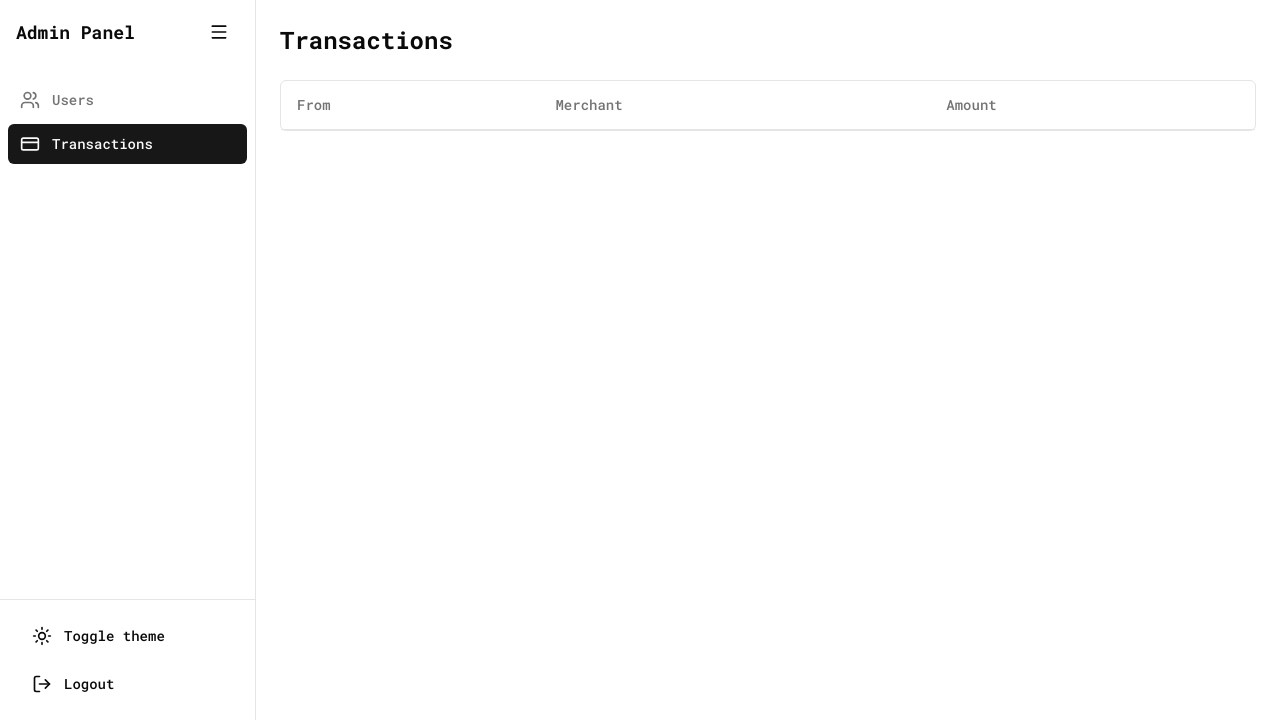
Repository: sahibjotsingh05/unicrypt
Page: /dashboard/transactions (app in web-server/admin_server/)
An editor plug-in stored every save of this project. The page is shown before and after the next save, followed by the edit.
The browser window is 1280 px wide. The pictures show the whole page.
The page's requests for data from a server got no answer. The project was rebuilt for these pictures with package versions that can differ from the ones it lists, and the page was loaded fresh each time. The framework's server and built-in components were replaced by stand-ins that run in the browser. No one was signed in, and anything a server would have sent is missing. Also part of the build but not shown: web-server/admin_server/next.config.js.

Above is the page before, as saved 2025-02-17 01:56:49.

### web-server/admin_server/app/layout.tsx
"use client";

import "./globals.css";
import { Roboto_Mono } from "next/font/google";
import { ThemeProvider } from "next-themes";
import { Toaster } from "react-hot-toast";

const robotoMono = Roboto_Mono({
	subsets: ["latin"],
	display: "swap",
});

export default function RootLayout({
	children,
}: {
	children: React.ReactNode;
}) {
	return (
		<html lang="en" suppressHydrationWarning>
			<body className={robotoMono.className}>
				<ThemeProvider attribute="class" defaultTheme="system" enableSystem>
					{children}
					<Toaster />
				</ThemeProvider>
			</body>
		</html>
	);
}

### web-server/admin_server/app/dashboard/layout.tsx
"use client";

import { useState } from "react";
import Link from "next/link";
import { usePathname } from "next/navigation";
import { Button } from "@/components/ui/button";
import { ScrollArea } from "@/components/ui/scroll-area";
import { Users, CreditCard, LogOut, Menu, Moon, Sun } from "lucide-react";
import { useTheme } from "next-themes";
import Cookies from "js-cookie";
import { useRouter } from "next/navigation";

export default function DashboardLayout({
	children,
}: {
	children: React.ReactNode;
}) {
	const [sidebarOpen, setSidebarOpen] = useState(true);
	const pathname = usePathname();
	const { theme, setTheme } = useTheme();
	const router = useRouter();

	const handleLogout = () => {
		Cookies.remove("isAuthenticated");
		window.location.href = "/login"; // Use window.location.href instead of router.push
	};

	const navigation = [
		{ name: "Users", href: "/dashboard/users", icon: Users },
		{ name: "Transactions", href: "/dashboard/transactions", icon: CreditCard },
	];

	return (
		<div className="flex h-screen">
			{/* Sidebar */}
			<div
				className={`${
					sidebarOpen ? "w-64" : "w-16"
				} bg-card border-r transition-all duration-300`}
			>
				<div className="h-full flex flex-col">
					{/* Header */}
					<div className="h-16 flex items-center justify-between px-4">
						<h1 className={`font-bold text-lg ${!sidebarOpen && "hidden"}`}>
							Admin Panel
						</h1>
						<Button
							variant="ghost"
							size="icon"
							onClick={() => setSidebarOpen(!sidebarOpen)}
						>
							<Menu className="h-5 w-5" />
						</Button>
					</div>

					{/* Navigation */}
					<ScrollArea className="flex-1">
						<nav className="space-y-1 px-2 py-4">
							{navigation.map((item) => {
								const isActive = pathname === item.href;
								return (
									<Link
										key={item.name}
										href={item.href}
										className={`flex items-center h-10 px-3 py-2 text-sm font-medium rounded-md transition-colors ${
											isActive
												? "bg-primary text-primary-foreground"
												: "text-muted-foreground hover:bg-accent hover:text-accent-foreground"
										}`}
									>
										<item.icon
											className={`h-5 w-5 ${sidebarOpen ? "mr-3" : "mx-auto"}`}
										/>
										<span className={!sidebarOpen ? "hidden" : "block"}>
											{item.name}
										</span>
									</Link>
								);
							})}
						</nav>
					</ScrollArea>

					{/* Footer buttons */}
					<div className="p-4 border-t space-y-2">
						<Button
							variant="ghost"
							onClick={() => setTheme(theme === "dark" ? "light" : "dark")}
							className="w-full h-10 justify-start"
						>
							<div
								className={`relative flex items-center justify-center w-5 h-5 ${
									sidebarOpen ? "mr-3" : "mx-auto"
								}`}
							>
								<Sun className="absolute h-5 w-5 rotate-0 scale-100 transition-all dark:-rotate-90 dark:scale-0" />
								<Moon className="absolute h-5 w-5 rotate-90 scale-0 transition-all dark:rotate-0 dark:scale-100" />
							</div>
							<span className={!sidebarOpen ? "hidden" : "block"}>
								Toggle theme
							</span>
						</Button>
						<Button
							variant="ghost"
							onClick={handleLogout}
							className={"w-full h-10 justify-start"}
						>
							<LogOut className={`h-5 w-5 ${sidebarOpen ? "mr-3" : ""}`} />
							<span className={!sidebarOpen ? "hidden" : "block"}>Logout</span>
						</Button>
					</div>
				</div>
			</div>

			{/* Main content */}
			<div className="flex-1 flex flex-col overflow-hidden">
				<main className="flex-1 overflow-y-auto p-6">{children}</main>
			</div>
		</div>
	);
}

### web-server/admin_server/app/dashboard/transactions/page.tsx
"use client";

import { useState, useEffect } from "react";
import {
	Table,
	TableBody,
	TableCell,
	TableHead,
	TableHeader,
	TableRow,
} from "@/components/ui/table";
import { toast } from "react-hot-toast";
import axios from "axios";

interface Transaction {
	from: string;
	merchant: string;
	amount: string;
}

export default function TransactionsPage() {
	const [transactions, setTransactions] = useState<Transaction[]>([]);
	const [loading, setLoading] = useState(true);

	const fetchTransactions = async () => {
		try {
			const timestamp = new Date().getTime();
			// Use the proxy API route instead of calling the endpoint directly
			const { data } = await axios.get(
				`/api/proxy/transactions?t=${timestamp}`,
				{
					headers: {
						"Cache-Control": "no-cache",
						Pragma: "no-cache",
						Expires: "0",
					},
				}
			);

			if (data.success) {
				setTransactions(data.transactions);
			}
			setLoading(false);
		} catch (error) {
			console.error("Failed to fetch transactions:", error);
			toast.error("Failed to fetch transactions");
			setLoading(false);
		}
	};

	useEffect(() => {
		fetchTransactions();
		// Set up an interval to refresh transactions every 10 seconds
		const interval = setInterval(fetchTransactions, 10000);
		return () => clearInterval(interval);
	}, []);

	if (loading) {
		return <div>Loading...</div>;
	}

	return (
		<div className="space-y-6">
			<h2 className="text-2xl font-bold">Transactions</h2>
			<div className="rounded-md border">
				<Table>
					<TableHeader>
						<TableRow>
							<TableHead>From</TableHead>
							<TableHead>Merchant</TableHead>
							<TableHead>Amount</TableHead>
						</TableRow>
					</TableHeader>
					<TableBody>
						{transactions.map((transaction, index) => (
							<TableRow key={index}>
								<TableCell>{transaction.from}</TableCell>
								<TableCell>{transaction.merchant}</TableCell>
								<TableCell>{transaction.amount}</TableCell>
							</TableRow>
						))}
					</TableBody>
				</Table>
			</div>
		</div>
	);
}

### web-server/admin_server/app/globals.css
@tailwind base;
@tailwind components;
@tailwind utilities;

:root {
	--foreground-rgb: 0, 0, 0;
	--background-start-rgb: 214, 219, 220;
	--background-end-rgb: 255, 255, 255;
}

@media (prefers-color-scheme: dark) {
	:root {
		--foreground-rgb: 255, 255, 255;
		--background-start-rgb: 0, 0, 0;
		--background-end-rgb: 0, 0, 0;
	}
}

@layer base {
	:root {
		--background: 0 0% 100%;
		--foreground: 0 0% 3.9%;
		--card: 0 0% 100%;
		--card-foreground: 0 0% 3.9%;
		--popover: 0 0% 100%;
		--popover-foreground: 0 0% 3.9%;
		--primary: 0 0% 9%;
		--primary-foreground: 0 0% 98%;
		--secondary: 0 0% 96.1%;
		--secondary-foreground: 0 0% 9%;
		--muted: 0 0% 96.1%;
		--muted-foreground: 0 0% 45.1%;
		--accent: 0 0% 96.1%;
		--accent-foreground: 0 0% 9%;
		--destructive: 0 84.2% 60.2%;
		--destructive-foreground: 0 0% 98%;
		--border: 0 0% 89.8%;
		--input: 0 0% 89.8%;
		--ring: 0 0% 3.9%;
		--chart-1: 12 76% 61%;
		--chart-2: 173 58% 39%;
		--chart-3: 197 37% 24%;
		--chart-4: 43 74% 66%;
		--chart-5: 27 87% 67%;
		--radius: 0.5rem;
	}
	.dark {
		--background: 0 0% 3.9%;
		--foreground: 0 0% 98%;
		--card: 0 0% 3.9%;
		--card-foreground: 0 0% 98%;
		--popover: 0 0% 3.9%;
		--popover-foreground: 0 0% 98%;
		--primary: 0 0% 98%;
		--primary-foreground: 0 0% 9%;
		--secondary: 0 0% 14.9%;
		--secondary-foreground: 0 0% 98%;
		--muted: 0 0% 14.9%;
		--muted-foreground: 0 0% 63.9%;
		--accent: 0 0% 14.9%;
		--accent-foreground: 0 0% 98%;
		--destructive: 0 62.8% 30.6%;
		--destructive-foreground: 0 0% 98%;
		--border: 0 0% 14.9%;
		--input: 0 0% 14.9%;
		--ring: 0 0% 83.1%;
		--chart-1: 220 70% 50%;
		--chart-2: 160 60% 45%;
		--chart-3: 30 80% 55%;
		--chart-4: 280 65% 60%;
		--chart-5: 340 75% 55%;
	}
}

@layer base {
	* {
		@apply border-border;
	}
	body {
		@apply bg-background text-foreground;
	}
}

@layer utilities {
	.animate-rainbow-border {
		--rainbow-border-width: 3px;
		position: relative;

		&::before {
			content: "";
			position: absolute;
			inset: calc(-1 * var(--rainbow-border-width));
			z-index: 0;
			background: linear-gradient(90deg, #22c55e 0%, #16a34a 50%, #22c55e 100%);
			animation: green-glow 2s ease-in-out infinite;
			background-size: 200% 200%;
			filter: blur(3px);
		}
	}

	@keyframes green-glow {
		0% {
			background-position: 0% 50%;
			opacity: 0.5;
		}
		50% {
			background-position: 100% 50%;
			opacity: 1;
		}
		100% {
			background-position: 0% 50%;
			opacity: 0.5;
		}
	}
}

@layer components {
	.glow-container {
		@apply relative rounded-lg border border-[#2A2A2A];
	}

	.glow-container::before {
		content: "";
		@apply absolute -inset-0.5 rounded-lg bg-gradient-to-r from-green-500/50 to-green-700/50 opacity-0 transition duration-500 blur-md;
	}

	.glow-container:hover::before {
		@apply opacity-100;
	}
}

### web-server/admin_server/components/ui/button.tsx
import * as React from 'react';
import { Slot } from '@radix-ui/react-slot';
import { cva, type VariantProps } from 'class-variance-authority';

import { cn } from '@/lib/utils';

const buttonVariants = cva(
  'inline-flex items-center justify-center whitespace-nowrap rounded-md text-sm font-medium ring-offset-background transition-colors focus-visible:outline-none focus-visible:ring-2 focus-visible:ring-ring focus-visible:ring-offset-2 disabled:pointer-events-none disabled:opacity-50',
  {
    variants: {
      variant: {
        default: 'bg-primary text-primary-foreground hover:bg-primary/90',
        destructive:
          'bg-destructive text-destructive-foreground hover:bg-destructive/90',
        outline:
          'border border-input bg-background hover:bg-accent hover:text-accent-foreground',
        secondary:
          'bg-secondary text-secondary-foreground hover:bg-secondary/80',
        ghost: 'hover:bg-accent hover:text-accent-foreground',
        link: 'text-primary underline-offset-4 hover:underline',
      },
      size: {
        default: 'h-10 px-4 py-2',
        sm: 'h-9 rounded-md px-3',
        lg: 'h-11 rounded-md px-8',
        icon: 'h-10 w-10',
      },
    },
    defaultVariants: {
      variant: 'default',
      size: 'default',
    },
  }
);

export interface ButtonProps
  extends React.ButtonHTMLAttributes<HTMLButtonElement>,
    VariantProps<typeof buttonVariants> {
  asChild?: boolean;
}

const Button = React.forwardRef<HTMLButtonElement, ButtonProps>(
  ({ className, variant, size, asChild = false, ...props }, ref) => {
    const Comp = asChild ? Slot : 'button';
    return (
      <Comp
        className={cn(buttonVariants({ variant, size, className }))}
        ref={ref}
        {...props}
      />
    );
  }
);
Button.displayName = 'Button';

export { Button, buttonVariants };

### web-server/admin_server/components/ui/scroll-area.tsx
'use client';

import * as React from 'react';
import * as ScrollAreaPrimitive from '@radix-ui/react-scroll-area';

import { cn } from '@/lib/utils';

const ScrollArea = React.forwardRef<
  React.ElementRef<typeof ScrollAreaPrimitive.Root>,
  React.ComponentPropsWithoutRef<typeof ScrollAreaPrimitive.Root>
>(({ className, children, ...props }, ref) => (
  <ScrollAreaPrimitive.Root
    ref={ref}
    className={cn('relative overflow-hidden', className)}
    {...props}
  >
    <ScrollAreaPrimitive.Viewport className="h-full w-full rounded-[inherit]">
      {children}
    </ScrollAreaPrimitive.Viewport>
    <ScrollBar />
    <ScrollAreaPrimitive.Corner />
  </ScrollAreaPrimitive.Root>
));
ScrollArea.displayName = ScrollAreaPrimitive.Root.displayName;

const ScrollBar = React.forwardRef<
  React.ElementRef<typeof ScrollAreaPrimitive.ScrollAreaScrollbar>,
  React.ComponentPropsWithoutRef<typeof ScrollAreaPrimitive.ScrollAreaScrollbar>
>(({ className, orientation = 'vertical', ...props }, ref) => (
  <ScrollAreaPrimitive.ScrollAreaScrollbar
    ref={ref}
    orientation={orientation}
    className={cn(
      'flex touch-none select-none transition-colors',
      orientation === 'vertical' &&
        'h-full w-2.5 border-l border-l-transparent p-[1px]',
      orientation === 'horizontal' &&
        'h-2.5 flex-col border-t border-t-transparent p-[1px]',
      className
    )}
    {...props}
  >
    <ScrollAreaPrimitive.ScrollAreaThumb className="relative flex-1 rounded-full bg-border" />
  </ScrollAreaPrimitive.ScrollAreaScrollbar>
));
ScrollBar.displayName = ScrollAreaPrimitive.ScrollAreaScrollbar.displayName;

export { ScrollArea, ScrollBar };

### web-server/admin_server/components/ui/table.tsx
import * as React from 'react';

import { cn } from '@/lib/utils';

const Table = React.forwardRef<
  HTMLTableElement,
  React.HTMLAttributes<HTMLTableElement>
>(({ className, ...props }, ref) => (
  <div className="relative w-full overflow-auto">
    <table
      ref={ref}
      className={cn('w-full caption-bottom text-sm', className)}
      {...props}
    />
  </div>
));
Table.displayName = 'Table';

const TableHeader = React.forwardRef<
  HTMLTableSectionElement,
  React.HTMLAttributes<HTMLTableSectionElement>
>(({ className, ...props }, ref) => (
  <thead ref={ref} className={cn('[&_tr]:border-b', className)} {...props} />
));
TableHeader.displayName = 'TableHeader';

const TableBody = React.forwardRef<
  HTMLTableSectionElement,
  React.HTMLAttributes<HTMLTableSectionElement>
>(({ className, ...props }, ref) => (
  <tbody
    ref={ref}
    className={cn('[&_tr:last-child]:border-0', className)}
    {...props}
  />
));
TableBody.displayName = 'TableBody';

const TableFooter = React.forwardRef<
  HTMLTableSectionElement,
  React.HTMLAttributes<HTMLTableSectionElement>
>(({ className, ...props }, ref) => (
  <tfoot
    ref={ref}
    className={cn(
      'border-t bg-muted/50 font-medium [&>tr]:last:border-b-0',
      className
    )}
    {...props}
  />
));
TableFooter.displayName = 'TableFooter';

const TableRow = React.forwardRef<
  HTMLTableRowElement,
  React.HTMLAttributes<HTMLTableRowElement>
>(({ className, ...props }, ref) => (
  <tr
    ref={ref}
    className={cn(
      'border-b transition-colors hover:bg-muted/50 data-[state=selected]:bg-muted',
      className
    )}
    {...props}
  />
));
TableRow.displayName = 'TableRow';

const TableHead = React.forwardRef<
  HTMLTableCellElement,
  React.ThHTMLAttributes<HTMLTableCellElement>
>(({ className, ...props }, ref) => (
  <th
    ref={ref}
    className={cn(
      'h-12 px-4 text-left align-middle font-medium text-muted-foreground [&:has([role=checkbox])]:pr-0',
      className
    )}
    {...props}
  />
));
TableHead.displayName = 'TableHead';

const TableCell = React.forwardRef<
  HTMLTableCellElement,
  React.TdHTMLAttributes<HTMLTableCellElement>
>(({ className, ...props }, ref) => (
  <td
    ref={ref}
    className={cn('p-4 align-middle [&:has([role=checkbox])]:pr-0', className)}
    {...props}
  />
));
TableCell.displayName = 'TableCell';

const TableCaption = React.forwardRef<
  HTMLTableCaptionElement,
  React.HTMLAttributes<HTMLTableCaptionElement>
>(({ className, ...props }, ref) => (
  <caption
    ref={ref}
    className={cn('mt-4 text-sm text-muted-foreground', className)}
    {...props}
  />
));
TableCaption.displayName = 'TableCaption';

export {
  Table,
  TableHeader,
  TableBody,
  TableFooter,
  TableHead,
  TableRow,
  TableCell,
  TableCaption,
};

Loaded but not shown: web-server/admin_server/lib/utils.ts (common file); web-server/admin_server/tailwind.config.ts (common file)

After the next save:
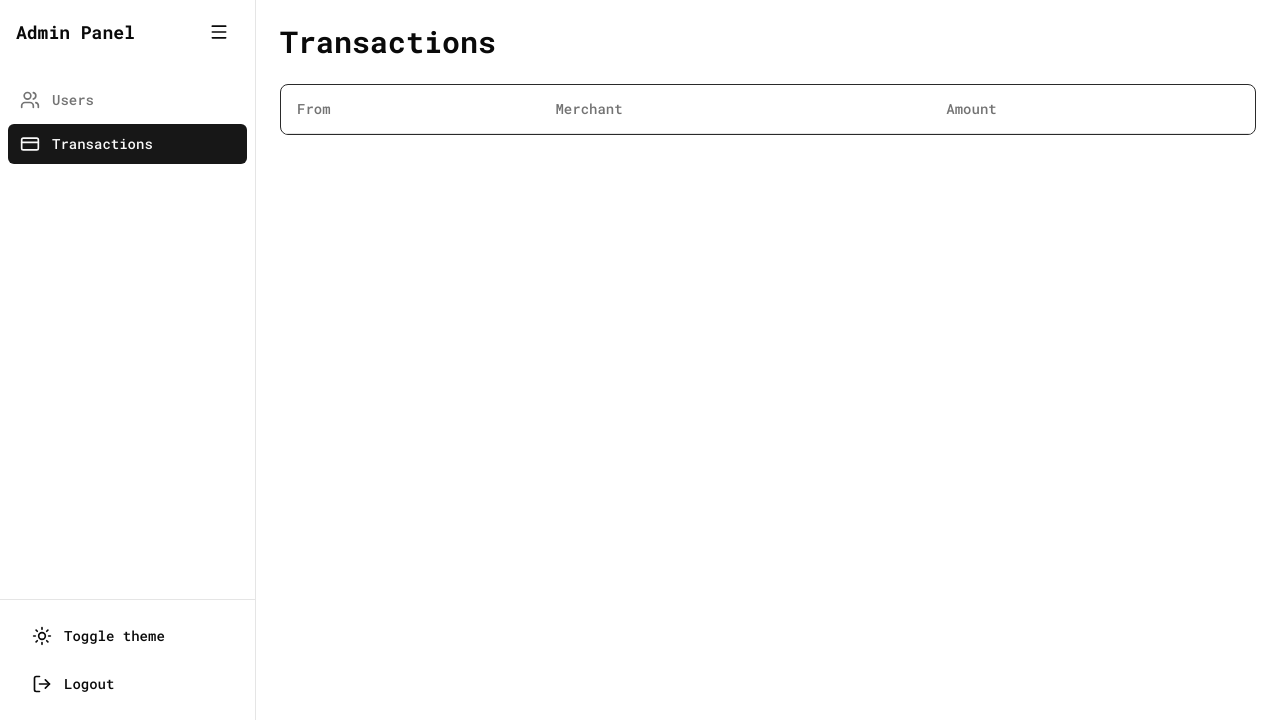
Saved 4 s later.
--- a/web-server/admin_server/app/dashboard/transactions/page.tsx
+++ b/web-server/admin_server/app/dashboard/transactions/page.tsx
@@ -61,8 +61,11 @@ export default function TransactionsPage() {
 
 	return (
 		<div className="space-y-6">
-			<h2 className="text-2xl font-bold">Transactions</h2>
-			<div className="rounded-md border">
+			<div className="flex items-center justify-between">
+				<h1 className="text-3xl font-bold">Transactions</h1>
+			</div>
+
+			<div className="glow-container overflow-hidden bg-background">
 				<Table>
 					<TableHeader>
 						<TableRow>
